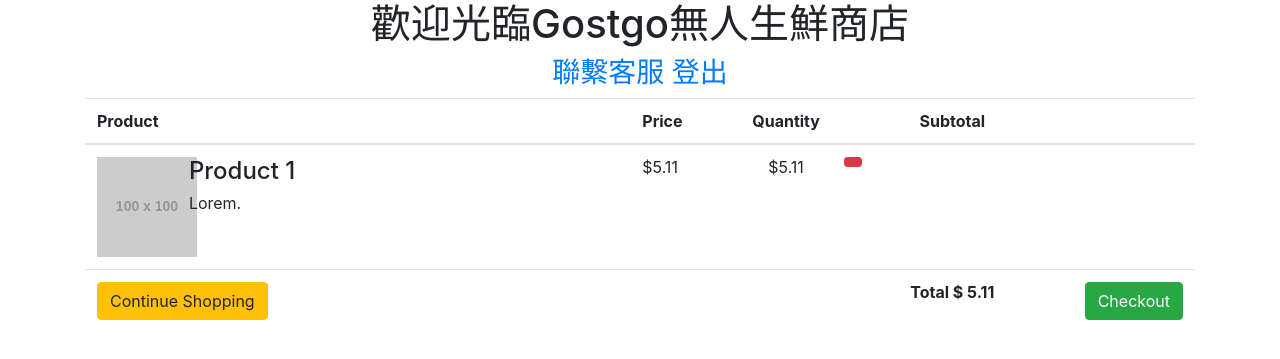
Repository: powerspd/III_AIOT05_team3_project
Page: http://localhost/this_is_demo/shopping.jsp
The author's editor kept a copy of each file at every save. The page is drawn from the files as they stood at one save, then again after the next save.
The browser window is 1280 px wide. The pictures show the whole page.
The page is served by Tomcat 9. Other server files are loaded and not shown. The template is opened directly, without the code that normally fills it, so the values that code supplies are empty.

Above is the page before, as saved 2020-01-25 06:38:45.

### JavaWeb_Workspace/this_is_demo/WebContent/shopping.jsp
<%@ page language="java" contentType="text/html; charset=UTF-8" pageEncoding="UTF-8"%>
<%@ taglib uri="http://java.sun.com/jsp/jstl/core" prefix="c" %>
<html>
<head>
	<meta http-equiv="Content-Type" content="text/html; charset=utf-8">
	<title>使用者管理系統</title>

	<link rel="stylesheet" href="https://maxcdn.bootstrapcdn.com/bootstrap/4.4.1/css/bootstrap.min.css">
  	<script src="https://ajax.googleapis.com/ajax/libs/jquery/3.4.1/jquery.min.js"></script>
  	<script src="https://cdnjs.cloudflare.com/ajax/libs/popper.js/1.16.0/umd/popper.min.js"></script>
  	<script src="https://maxcdn.bootstrapcdn.com/bootstrap/4.4.1/js/bootstrap.min.js"></script>
</head>
<body>
<div align="center" class="table-users">
<div class="header">
<h1>歡迎光臨Gostgo無人生鮮商店</h1>
<div></div>
<h3>
<a href="AccountServlet"><c:out value="${user.name}"/></a>
<a href="ServiceServlet">聯繫客服</a>
<a href="LogoutServlet">登出</a>
</h3>
</div>
<div class="container">
  <table id="cart" class="table table-hover table-condensed">
    <thead>
      <tr>
        <th style="width:50%">Product</th>
        <th style="width:10%">Price</th>
        <th style="width:8%">Quantity</th>
        <th style="width:22%" class="text-center">Subtotal</th>
        <th style="width:10%"></th>
      </tr>
    </thead>
    <tbody>
      <tr>
        <td data-th="Product">
          <div class="row">
            <div class="col-sm-2 hidden-xs"><img src="http://placehold.it/100x100" alt="..." class="img-responsive" /></div>
            <div class="col-sm-10">
              <h4 class="nomargin">Product 1</h4>
              <p>Lorem.</p>
            </div>
          </div>
        </td>
        <td data-th="Price">$5.11</td>

        <td data-th="Subtotal" class="text-center">$5.11</td>
        <td class="actions" data-th="">
          <button class="btn btn-danger btn-sm"><i class="fa fa-trash-o"></i></button>
        </td>
      </tr>
    </tbody>
    <tfoot>
      <tr>
        <td><a href="#" class="btn btn-warning"><i class="fa fa-angle-left"></i> Continue Shopping</a></td>
        <td colspan="2" class="hidden-xs"></td>
        <td class="hidden-xs text-center"><strong>Total $ 5.11</strong></td>
        <td><a href="#" class="btn btn-success btn-block">Checkout <i class="fa fa-angle-right"></i></a></td>
      </tr>
    </tfoot>
  </table>
</div>



<c:forEach var="user" items="${listItem}">
<div class="item">
<div class="buttons">
<span class="delete-btn"></span>
</div>

<div class="image">
<img src="/.....path_name...../<c:out value='${item.imno}'/>" alt="" />
</div>

<div class="description">
<span><c:out value="${item.name}"/></span>
<span><c:out value="${item.unitPrice}"/> 元</span>
</div>

<div class="total-price"> NT <c:out value="${item.totalPrice}"/></div>
</div>
</c:forEach>
</div>
</div>

</body>
</html>

After the next save:
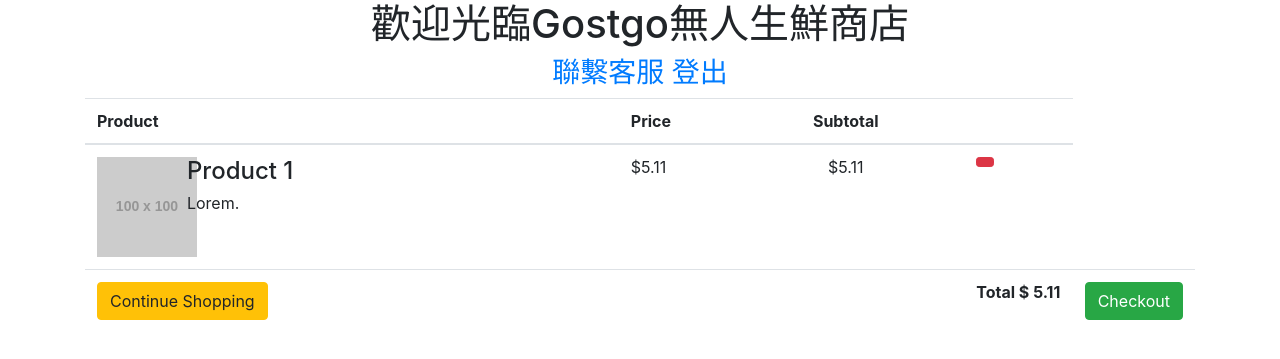
Saved 16 s later.
--- a/JavaWeb_Workspace/this_is_demo/WebContent/shopping.jsp
+++ b/JavaWeb_Workspace/this_is_demo/WebContent/shopping.jsp
@@ -27,7 +27,6 @@
       <tr>
         <th style="width:50%">Product</th>
         <th style="width:10%">Price</th>
-        <th style="width:8%">Quantity</th>
         <th style="width:22%" class="text-center">Subtotal</th>
         <th style="width:10%"></th>
       </tr>
